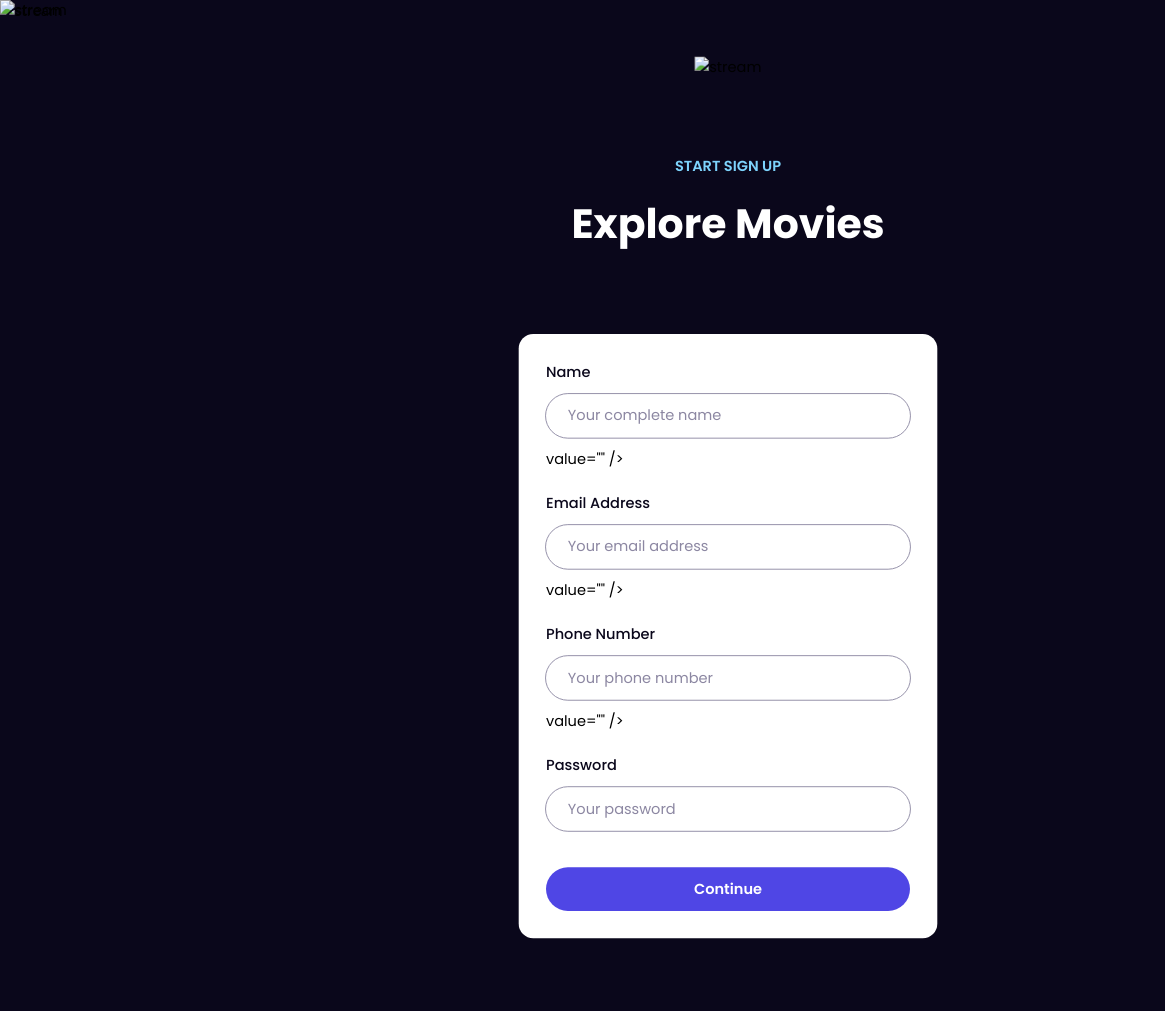
Repository: wijayakusuma-dev/stream-app
Page: http://localhost/register
The author's editor kept a copy of each file at every save. The page is drawn from the files as they stood at one save, then again after a run of saves.
The browser window is 1280 px wide. The pictures show the whole page, at 91% of full size.
Some web libraries are served in a nearby version. The page is served by the project's Laravel application, run on PHP 8.4 with Laravel 9.

Above is the page before, as saved 2023-02-07 12:10:21.

After the next 2 saves:
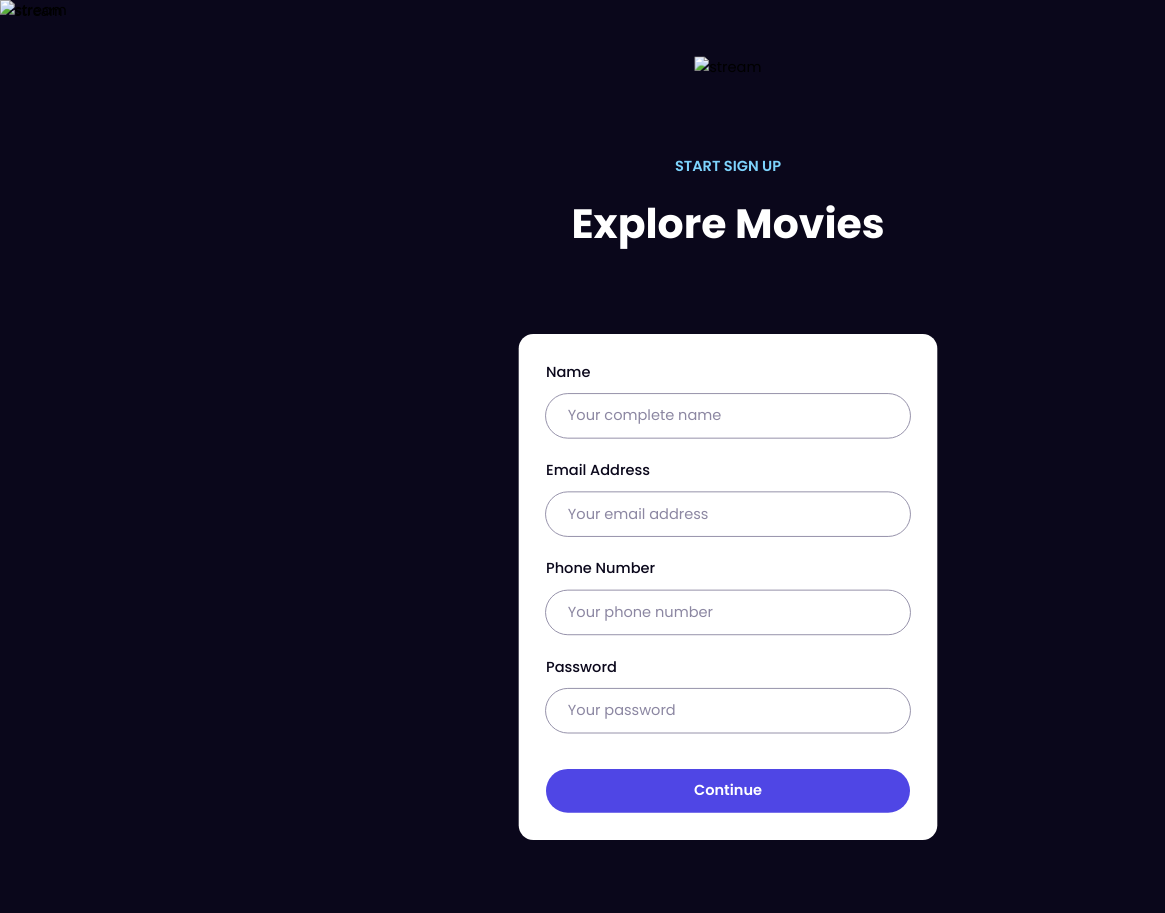
The 2 saves are shown as one change because they came seconds apart.
The last was saved 6 s later.
--- a/resources/views/member/register.blade.php
+++ b/resources/views/member/register.blade.php
@@ -57,7 +57,7 @@
                                 <input type="text"
                                     name="name"
                                     class="rounded-full py-3 pr-3 pl-6 text-stream-dark placeholder:text-stream-gray placeholder:font-normal font-medium outline outline-stream-gray outline-1 text-base focus:outline-indigo-600 input-stream"
-                                    placeholder="Your complete name" />
+                                    placeholder="Your complete name"
                                     value="{{ old('name') }}" />
                                 @error('name')
                                     <div style="color:red">{{ $message }}</div>
@@ -68,7 +68,7 @@
                                 <input type="email"
                                     name="email"
                                     class="rounded-full py-3 pr-3 pl-6 text-stream-dark placeholder:text-stream-gray placeholder:font-normal font-medium outline outline-stream-gray outline-1 text-base focus:outline-indigo-600 input-stream"
-                                    placeholder="Your email address" />
+                                    placeholder="Your email address"
                                     value="{{ old('email') }}" />
                                 @error('email')
                                     <div style="color:red">{{ $message }}</div>
@@ -79,7 +79,7 @@
                                 <input type="text"
                                     name="phone_number"
                                     class="rounded-full py-3 pr-3 pl-6 text-stream-dark placeholder:text-stream-gray placeholder:font-normal font-medium outline outline-stream-gray outline-1 text-base focus:outline-indigo-600 input-stream"
-                                    placeholder="Your phone number" />
+                                    placeholder="Your phone number"
                                     value="{{ old('phone_number') }}" />
                                 @error('phone_number')
                                     <div style="color:red">{{ $message }}</div>
